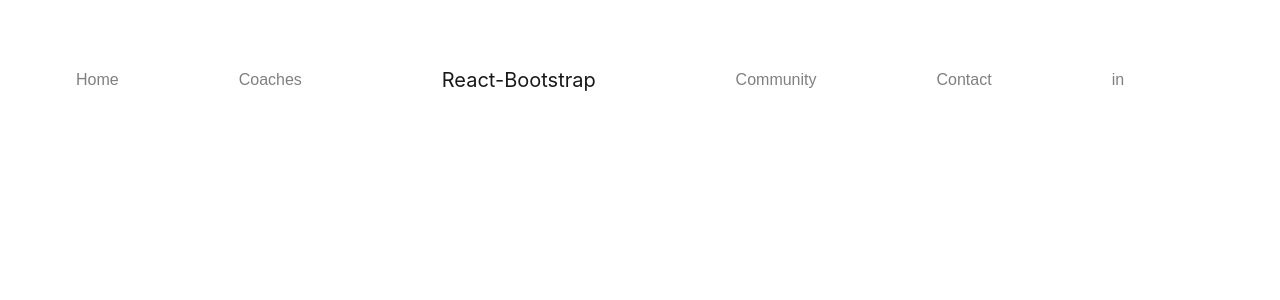
Repository: rihemebh/PersoCoach-Back
Page: / (app in persocoach/persocoach-front/)
These files come from the project's save history. The page is drawn as it stood at one moment and after the next save; the edit follows.
The browser window is 1280 px wide. The pictures show the whole page.
The project was rebuilt for these pictures with package versions that can differ from the ones it lists, and the page was loaded fresh each time.

Above is the page before, as saved 2021-04-18 01:13:14.

### persocoach/persocoach-front/src/index.js
import React from 'react';
import ReactDOM from 'react-dom';
import './index.css';
//import App from './App';
import Mynavbar from './Mynavbar';
import reportWebVitals from './reportWebVitals';
import '../node_modules/bootstrap/dist/css/bootstrap.min.css';
//import { NavbarBrand } from 'react-bootstrap';

ReactDOM.render(
  <React.StrictMode>
    <Mynavbar />
  </React.StrictMode>,
  document.getElementById('root')
);

// If you want to start measuring performance in your app, pass a function
// to log results (for example: reportWebVitals(console.log))
// or send to an analytics endpoint. Learn more: https://bit.ly/CRA-vitals
reportWebVitals();

### persocoach/persocoach-front/src/Mynavbar.js
import React, { Component } from 'react';
import {Nav,  Navbar,NavDropdown} from 'react-bootstrap';


export default class Mynavbar extends Component {
  render() {

    const mystyle = {

      padding: "10px",
      margin : "50px",
      fontFamily: "Arial",

    };
    return (
      <Navbar bg="white" expand="lg">

      <Navbar.Toggle aria-controls="basic-navbar-nav" />
      <Navbar.Collapse >
        <Nav className="mr-auto">
          <Nav.Link href="#home" style={mystyle}>Home</Nav.Link>
          <Nav.Link href="#link" style={mystyle} >Coaches</Nav.Link>
        </Nav>
        <Navbar.Brand href="#home" className="mr-auto" >React-Bootstrap</Navbar.Brand>
        <Nav className="mr-auto" id="basic-navbar-nav">
        <Nav.Link href="#link" style={mystyle}>Community</Nav.Link>
          <Nav.Link href="#link" style={mystyle}>Contact</Nav.Link>
          <Nav.Link href="#link" style={mystyle}>in</Nav.Link>
          </Nav>
      </Navbar.Collapse>
    </Navbar>
    )
  }
}

Loaded but not shown: persocoach/persocoach-front/public/index.html (common file); persocoach/persocoach-front/src/index.css (common file); persocoach/persocoach-front/src/reportWebVitals.js (common file)

After the next save:
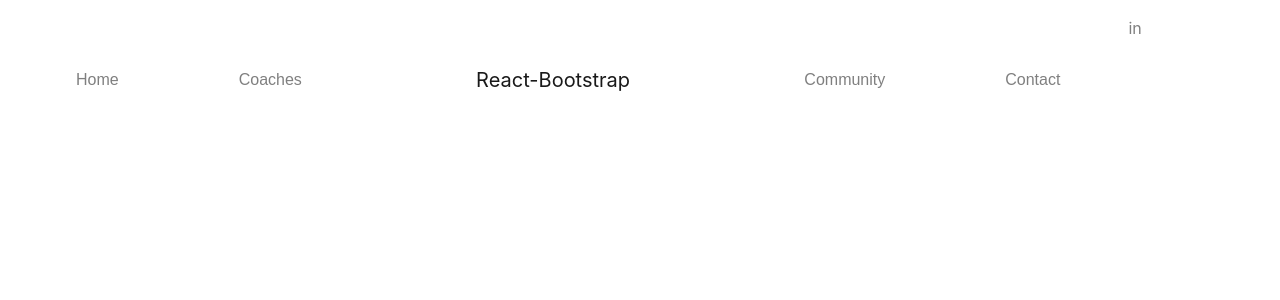
Saved 4 s later.
--- a/persocoach/persocoach-front/src/Mynavbar.js
+++ b/persocoach/persocoach-front/src/Mynavbar.js
@@ -25,7 +25,7 @@
         <Nav className="mr-auto" id="basic-navbar-nav">
         <Nav.Link href="#link" style={mystyle}>Community</Nav.Link>
           <Nav.Link href="#link" style={mystyle}>Contact</Nav.Link>
-          <Nav.Link href="#link" style={mystyle}>in</Nav.Link>
+          <Nav.Link href="#link" style={{}}>in</Nav.Link>
           </Nav>
       </Navbar.Collapse>
     </Navbar>
